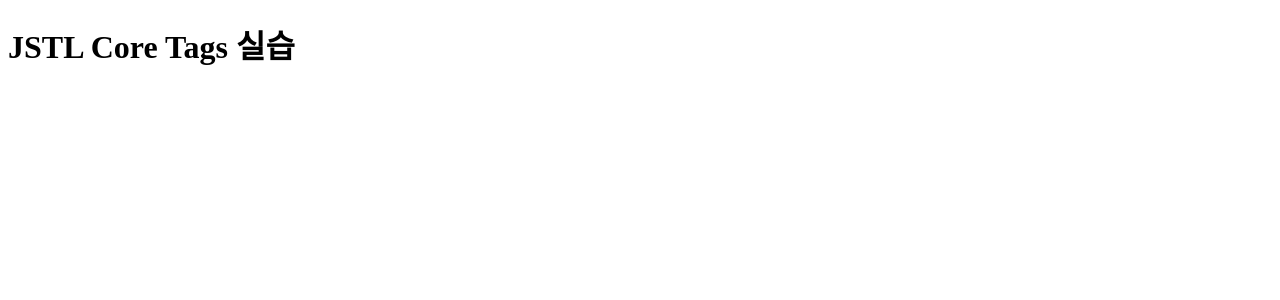
Repository: ajtwls1256/Web-workspace
Page: http://localhost/Day55-jspTag/JSTL/jsp_JSTL_Basic2.jsp
These files come from the project's save history. The page is drawn as it stood at one moment and after the next save; the edit follows.
The browser window is 1280 px wide. The pictures show the whole page.
The page is served by Tomcat 9.

Above is the page before, as saved 2019-10-14 04:46:33.

After the next save:
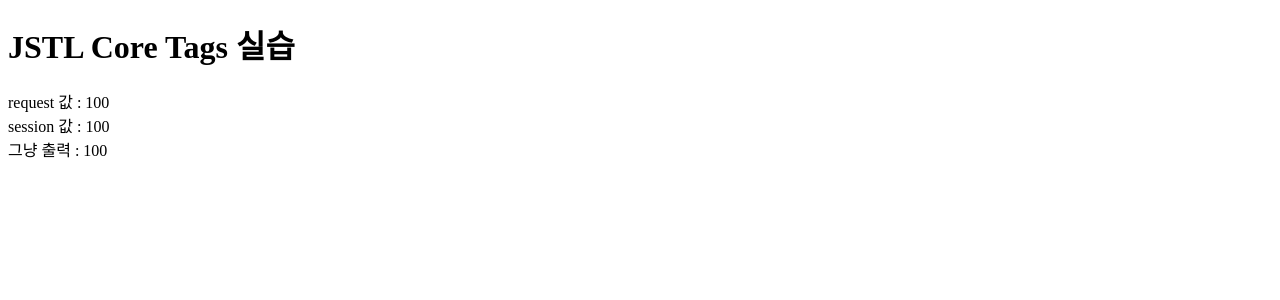
Saved 30 s later.
--- a/Day55-jspTag/WebContent/JSTL/jsp_JSTL_Basic2.jsp
+++ b/Day55-jspTag/WebContent/JSTL/jsp_JSTL_Basic2.jsp
@@ -11,6 +11,9 @@
 	<h1>JSTL Core Tags 실습</h1>
 	<c:set var="num" value="100" scope="request"/>
 	<c:set var="num" value="100" scope="session"/>
+	request 값 : ${requestScope.num }<br>
+	session 값 : ${sessionScope.num }<br>
+	그냥 출력 : ${num }
 
 </body>
 </html>
